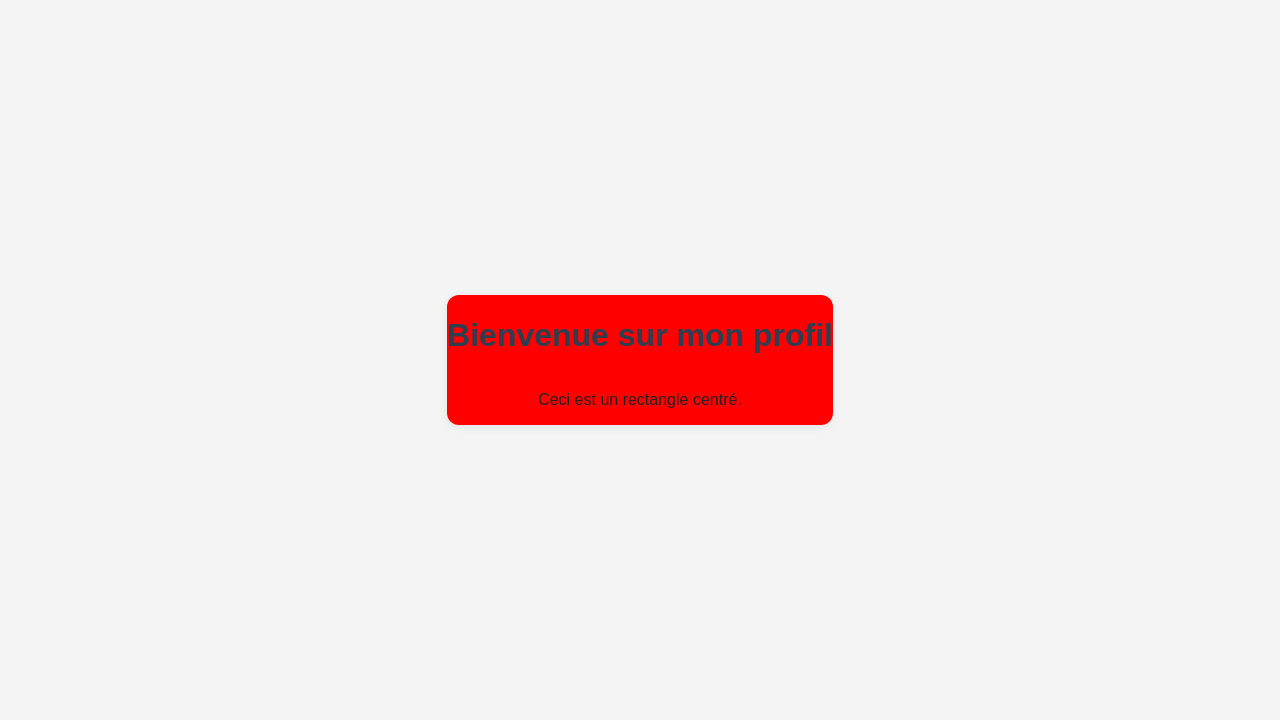
Repository: quadrinex/profile
Page: index.html
These files come from the project's save history. The page is drawn as it stood at one moment and after the next save; the edit follows.
The browser window is 1280 px wide. The pictures show the whole page.

Above is the page before, as saved 2025-06-30 16:10:42.

### index.html
<!DOCTYPE html>
<html lang="fr">
<head>
    <meta charset="UTF-8">
    <meta name="viewport" content="width=device-width, initial-scale=1.0">
    <title>Mon Profil</title>
    <link rel="stylesheet" href="main.css">
</head>
<body>
    <!-- ...votre contenu ici... -->
    <div class="container">
        <h1>Bienvenue sur mon profil</h1>
        <p>Ceci est un rectangle centré.</p>
    </div>
</body>
</html>

### main.css
body {
    font-family: Arial, sans-serif;
    background: #f4f4f4;
    margin: 0;
    padding: 0;
    color: #222;
}

h1, h2, h3 {
    color: #2c3e50;
}

a {
    color: #3498db;
    text-decoration: none;
}

a:hover {
    text-decoration: underline;
}

.container {
    max-width: fit-content;
    margin: auto;
    background: #ff0000;
    border-radius: 12px;
    box-shadow: 0 2px 8px rgba(0,0,0,0.08);
    display: flex;
    justify-content: center;
    align-items: center;
    position: fixed;
    inset: 0px;
    max-height: fit-content;
    margin: auto;
    flex-direction: column;
}

After the next save:
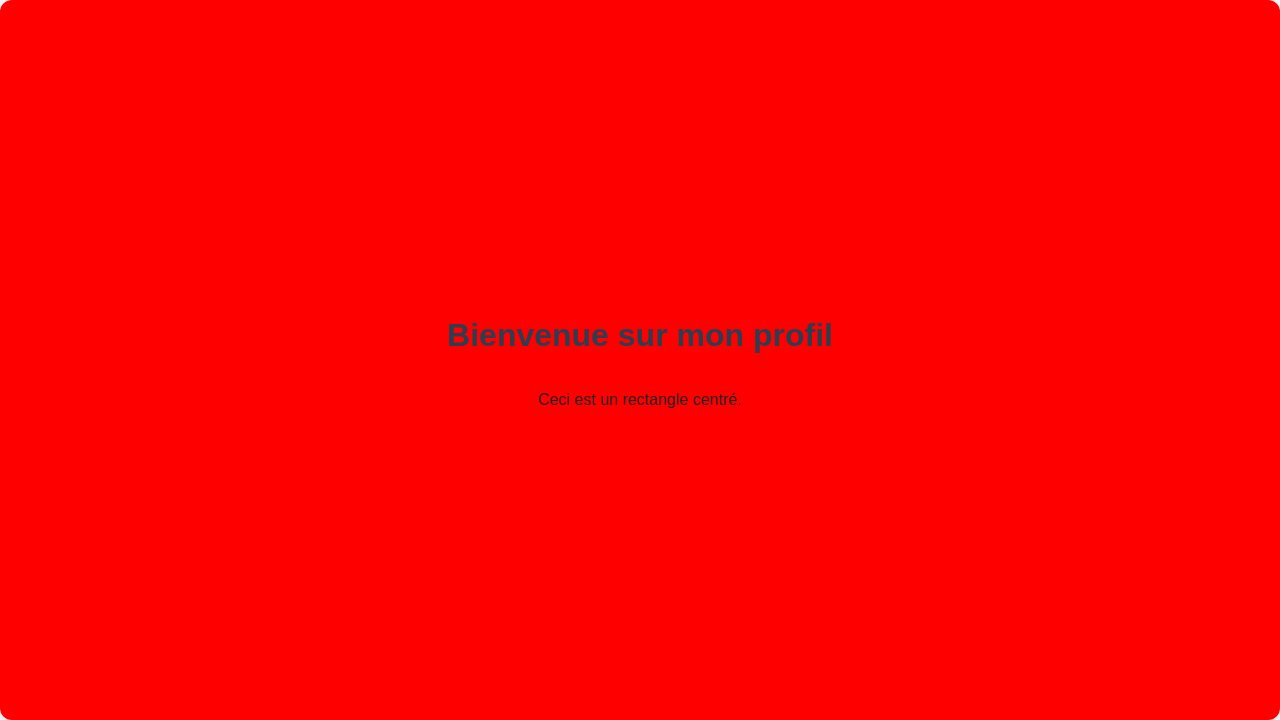
Saved 34 s later.
--- a/main.css
+++ b/main.css
@@ -20,7 +20,7 @@
 }
 
 .container {
-    max-width: fit-content;
+    max-width: fit-content + 5%;
     margin: auto;
     background: #ff0000;
     border-radius: 12px;
@@ -30,7 +30,7 @@
     align-items: center;
     position: fixed;
     inset: 0px;
-    max-height: fit-content;
+    max-height: fit-content + 5%;
     margin: auto;
     flex-direction: column;
 }

After the save that followed:
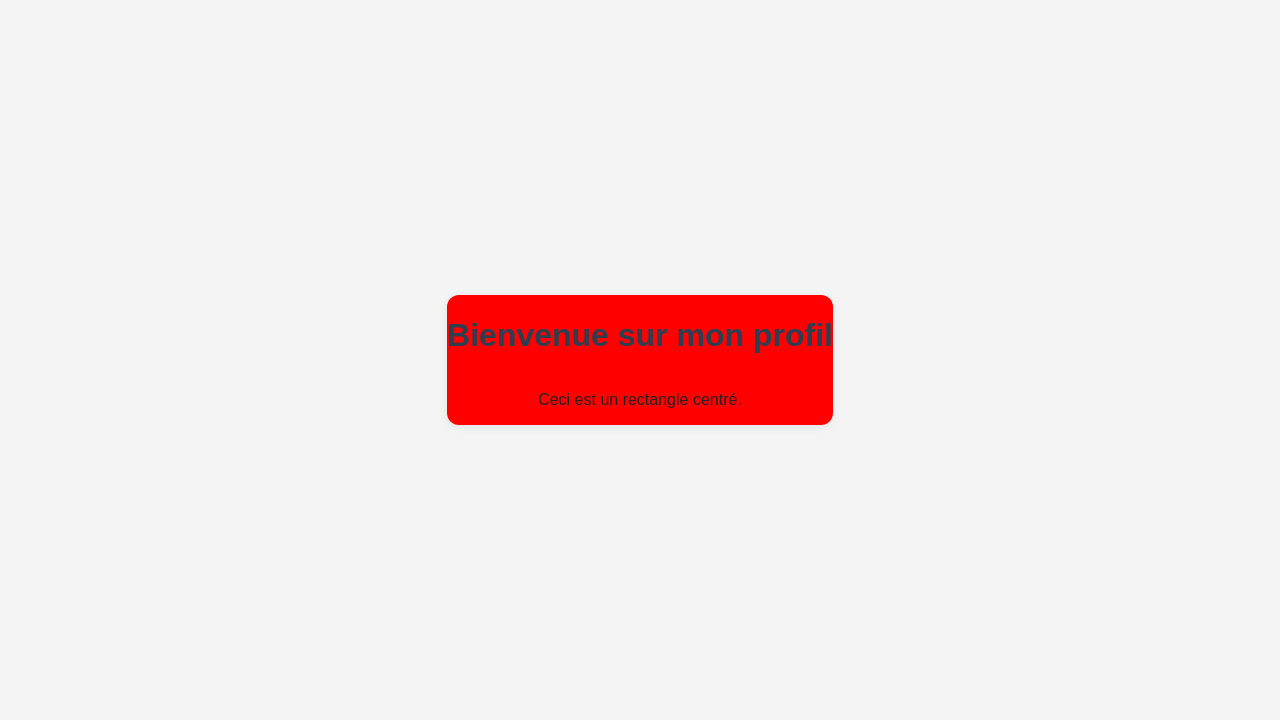
Saved 28 s later.
--- a/main.css
+++ b/main.css
@@ -20,7 +20,8 @@
 }
 
 .container {
-    max-width: fit-content + 5%;
+    max-width: fit-content;
+    max-height: fit-content;
     margin: auto;
     background: #ff0000;
     border-radius: 12px;
@@ -30,7 +31,6 @@
     align-items: center;
     position: fixed;
     inset: 0px;
-    max-height: fit-content + 5%;
     margin: auto;
     flex-direction: column;
 }
